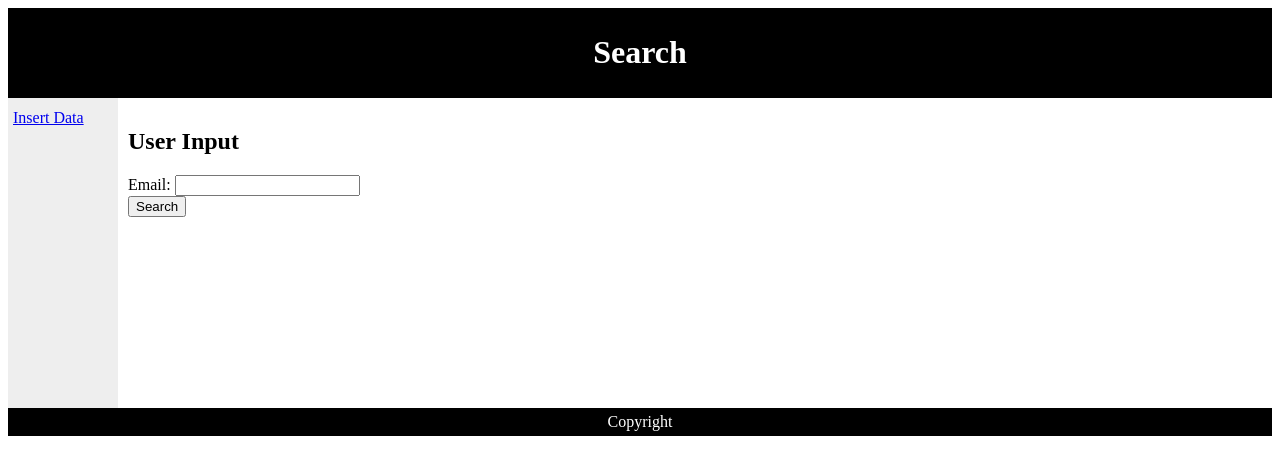
Repository: dreamxia329/TechExercise4830
Page: T3-0325-xia/T3-webProject-Xia/WebContent/search.html
These files come from the project's save history. The page is drawn as it stood at one moment and after the next save; the edit follows.
The browser window is 1280 px wide. The pictures show the whole page.

Above is the page before, as saved 2022-03-30 03:25:23.

### T3-0325-xia/T3-webProject-Xia/WebContent/search.html
<html>
<head>
<style>
header {
	background-color: black;
	color: white;
	text-align: center;
	padding: 5px;
}

nav {
	line-height: 30px;
	background-color: #eeeeee;
	height: 300px;
	width: 100px;
	float: left;
	padding: 5px;
}

section {
	width: 350px;
	float: left;
	padding: 10px;
}

footer {
	background-color: black;
	color: white;
	clear: both;
	text-align: center;
	padding: 5px;
}
</style>
</head>

<body>
	<header>
		<h1>Search</h1>
	</header>

	<nav>
		<a href="/T3-webProject-Xia/insert_xia.html">Insert Data</a> <br>
	</nav>

	<section>
		<h1>User Input</h1>

		<form action="SearchXia" method="POST">

			Email: <input type="text" name="keyword"> <br /> <input
				type="submit" value="Search" />
		</form>

	</section>

	<footer> Copyright </footer>
</body>
</html>

After the next save:
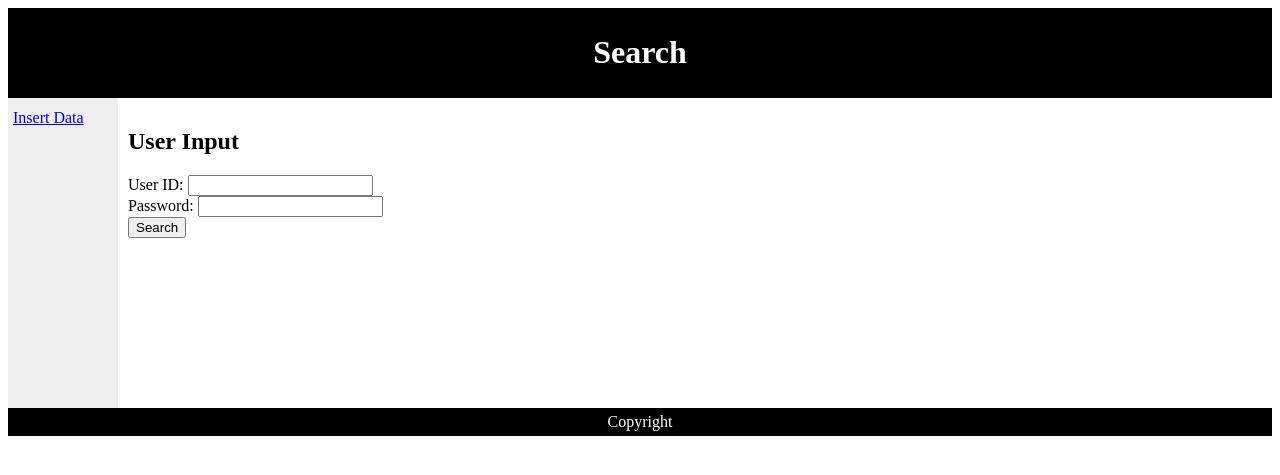
Saved 14 min 59 s later.
--- a/T3-0325-xia/T3-webProject-Xia/WebContent/search.html
+++ b/T3-0325-xia/T3-webProject-Xia/WebContent/search.html
@@ -47,8 +47,9 @@ footer {
 
 		<form action="SearchXia" method="POST">
 
-			Email: <input type="text" name="keyword"> <br /> <input
-				type="submit" value="Search" />
+			User ID: <input type="text" name="userid"> <br />
+			Password: <input type="text" name="password"> <br />
+			<input type="submit" value="Search" />
 		</form>
 
 	</section>
